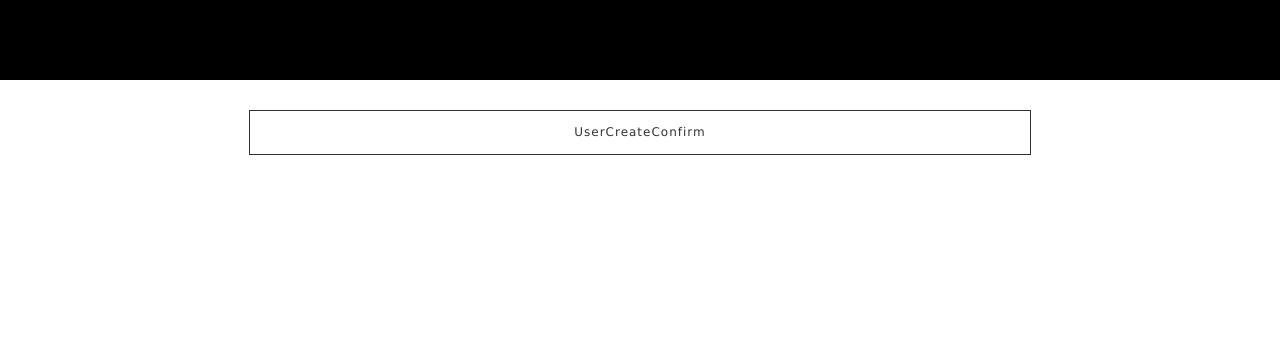
Repository: user-yo-yo/test
Page: http://localhost/ecsite2/userCreateConfirm.jsp
The author's editor kept a copy of each file at every save. The page is drawn from the files as they stood at one save, then again after the next save.
The browser window is 1280 px wide. The pictures show the whole page.
The page is served by Tomcat 9. Other server files are loaded and not shown.

Above is the page before, as saved 2019-03-19 04:45:46.

### ecsite2/WebContent/userCreateConfirm.jsp
<%@ page language="java" contentType="text/html; charset=UTF-8"
	pageEncoding="UTF-8"%>
<%@ taglib prefix="s" uri="/struts-tags"%>
<!DOCTYPE html>
<html>
<head>
<meta http-equiv="Content-Type" content="text/html; charset=UTF-8" />
<meta http-equiv="Content-Style-Type" content="text/css" />
<meta http-equiv="Content-Script-Type" content="text/javascript" />
<meta http-equiv="imagetoolbar" content="no" />
<meta name="description" content="" />
<meta name="keywords" content="" />
<title>UserCreateConfirm画面</title>

<style type="text/css">
/* ========TAG LAYOUT======== */
body {
	margin: 0;
	padding: 0;
	line-height: 1.6;
	letter-spacing: 1px;
	font-family: Verdana, Helvetica, sans-serif;
	font-size: 12px;
	color: #333;
	background: #fff;
}

table {
	text-align: center;
	margin: 0 auto;
}

/* ========ID LAYOUT======== */
#top {
	width: 780px;
	margin: 30px auto;
	border: 1px solid #333;
}

#header {
	width: 100%;
	height: 80px;
	background-color: black;
}

#main {
	width: 100%;
	height: 500px;
	text-align: center;
}

#footer {
	width: 100%;
	height: 80px;
	background-color: black;
	clear: both;
}

#text-center {
	display: inline-block;
	text-align: center;
}
</style>
</head>
<body>
	<div id="header">
		<div id ="pr">
		</div>
	</div>

	<div id="main">
		<div id="top">
			<p>UserCreateConfirm</p>
		</div>
	</div>
</body>
</html>

After the next save:
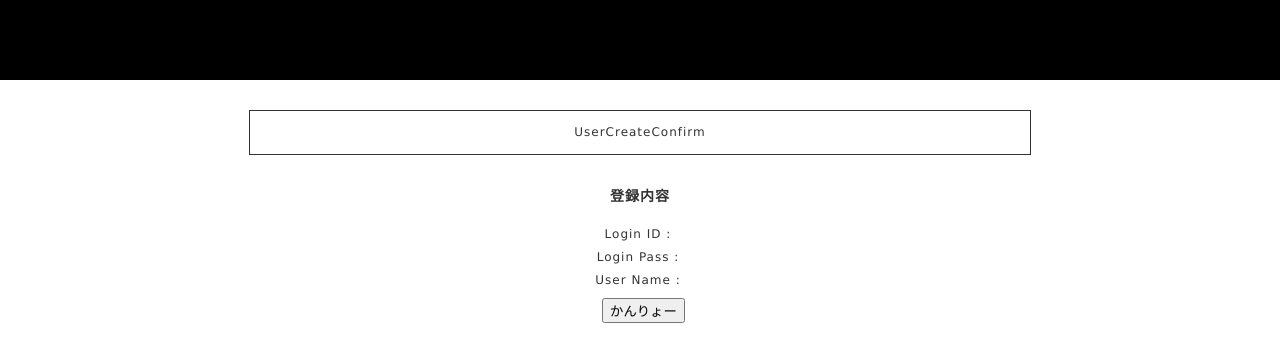
Saved 4 min 43 s later.
--- a/ecsite2/WebContent/userCreateConfirm.jsp
+++ b/ecsite2/WebContent/userCreateConfirm.jsp
@@ -72,6 +72,42 @@
 		<div id="top">
 			<p>UserCreateConfirm</p>
 		</div>
+		<div>
+			<h3>登録内容</h3>
+			<table>
+				<s:form action="UserCreateCompleteAction">
+				<tr id="box">
+					<td>
+						<label>Login ID :</label>
+					</td>
+					<td>
+						<s:property value="loginUserId" escape="false" />
+					</td>
+				</tr>
+				<tr id="box">
+					<td>
+						<label>Login Pass :</label>
+					</td>
+					<td>
+						<s:property value="loginPassword" escape="false" />
+					</td>
+				</tr>
+				<tr id="box">
+					<td>
+						<label>User Name :</label>
+					</td>
+					<td>
+						<s:property value="userName" escape="false" />
+					</td>
+				</tr>
+				<tr>
+					<td>
+						<s:submit value="かんりょー" />
+					</td>
+				</tr>
+				</s:form>
+			</table>
+		</div>
 	</div>
 </body>
 </html>
